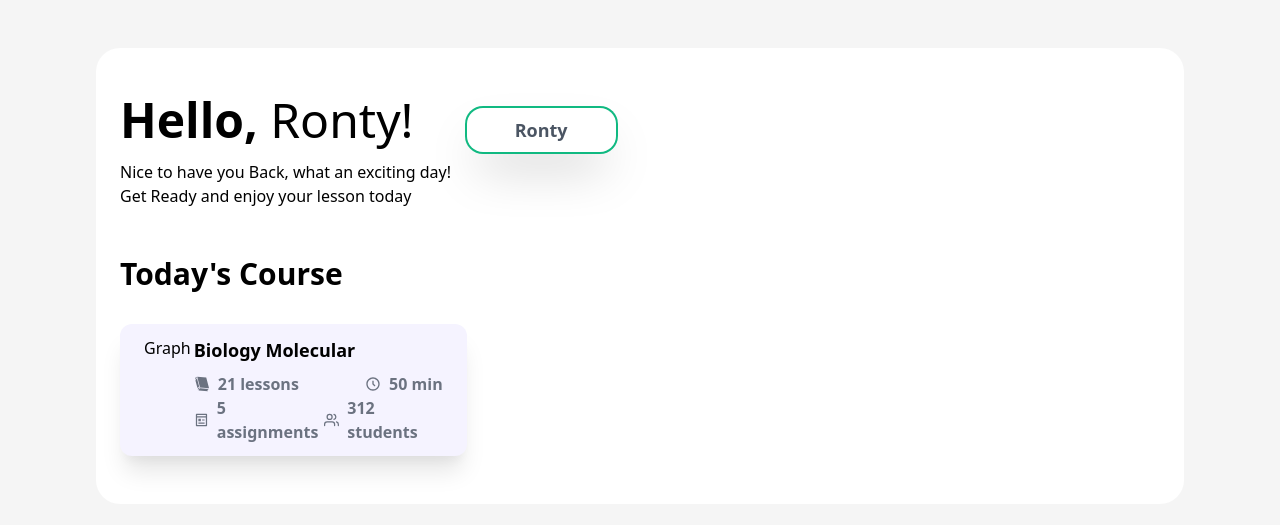
Repository: coolronts/Vite-Tailwind
Page: /
The author's editor kept a copy of each file at every save. The page is drawn from the files as they stood at one save, then again after the next save.
The browser window is 1280 px wide. The pictures show the whole page.
The project was rebuilt for these pictures with package versions that can differ from the ones it lists, and the page was loaded fresh each time. Also part of the build but not shown: vite.config.js.

Above is the page before, as saved 2021-11-26 07:44:14.

After the next save:
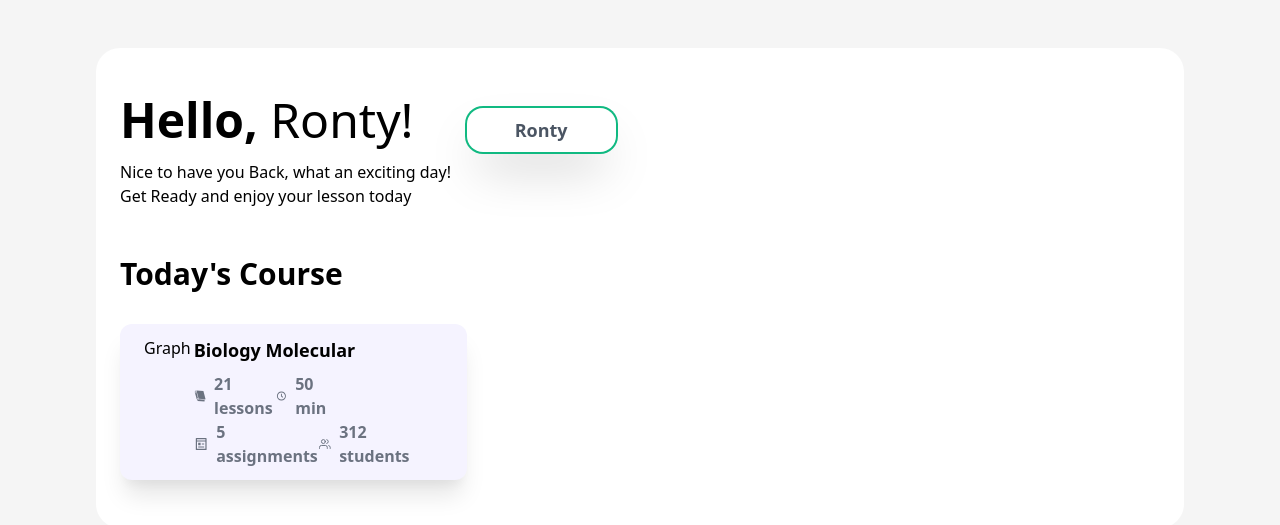
Saved 16 s later.
--- a/src/Section/Course/index.jsx
+++ b/src/Section/Course/index.jsx
@@ -13,7 +13,7 @@ export default function Course() {
       </div>
       <div id="right">
         <h4 className="font-bold text-lg mb-2">Biology Molecular</h4>
-        <div className="flex flex-col ">
+        <div className="flex flex-col w-1/2">
           <div className="flex justify-between text-gray-500 font-semibold ">
             <p className="flex items-center"> <GiWhiteBook className="mr-2"/>  21 lessons</p>
             <p className="flex items-center"> <BiTimeFive className="mr-2"/>  50 min</p>
